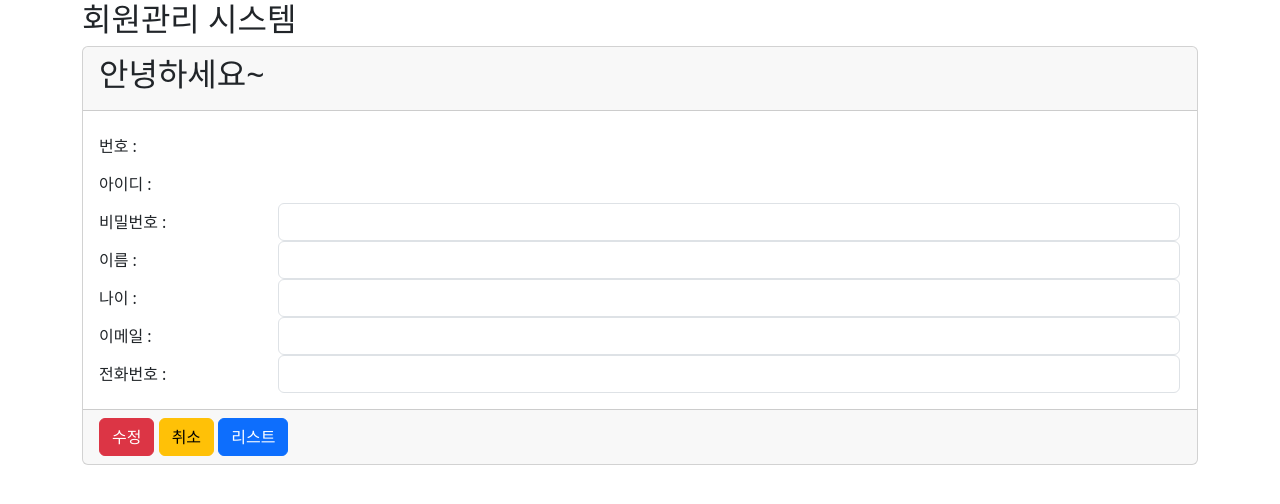
Repository: jungwoonAn/web_ex
Page: http://localhost/MVC06/WEB-INF/member/memberContent.jsp
An editor plug-in stored every save of this project. The page is shown before and after the next save, followed by the edit.
The browser window is 1280 px wide. The pictures show the whole page.
The page is served by Tomcat 9. Nobody is signed in. The template is opened directly, without the code that normally fills it, so the values that code supplies are empty.

Above is the page before, as saved 2024-09-08 07:59:03.

After the next save:
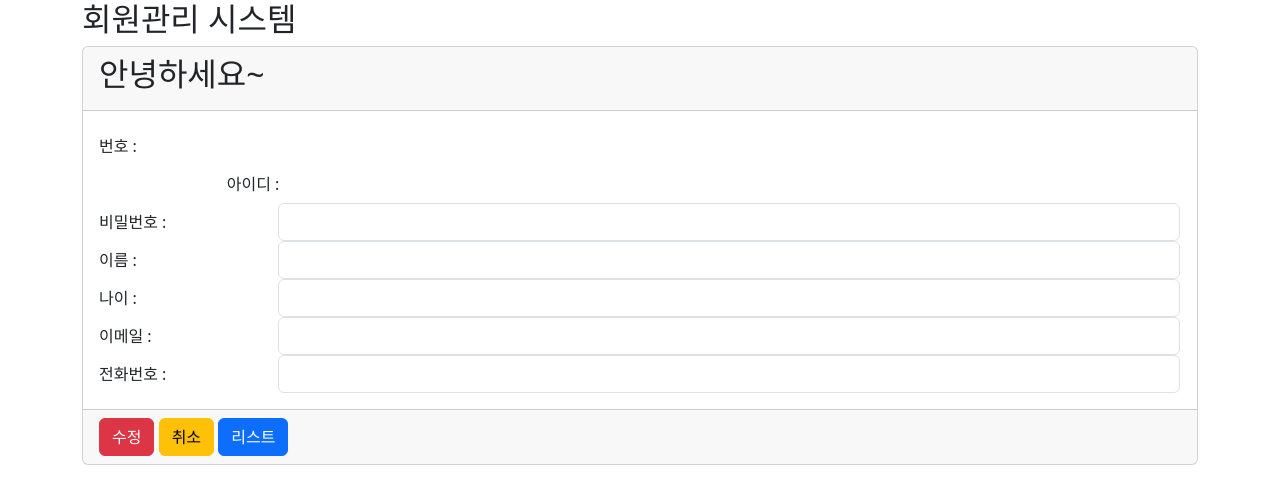
Saved 2 min 31 s later.
--- a/MVC06/src/main/webapp/WEB-INF/member/memberContent.jsp
+++ b/MVC06/src/main/webapp/WEB-INF/member/memberContent.jsp
@@ -38,7 +38,7 @@
 	          </div>
 	        </div>
 	        <div class="input-group">
-	          <label class="col-form-label col-sm-2">아이디 : </label>
+	          <label class="col-form-label col-sm-2 text-end">아이디 : </label>
 	          <div class="col-sm-10">
 	            <c:out value="${vo.id}" />
 	          </div>

After the save that followed:
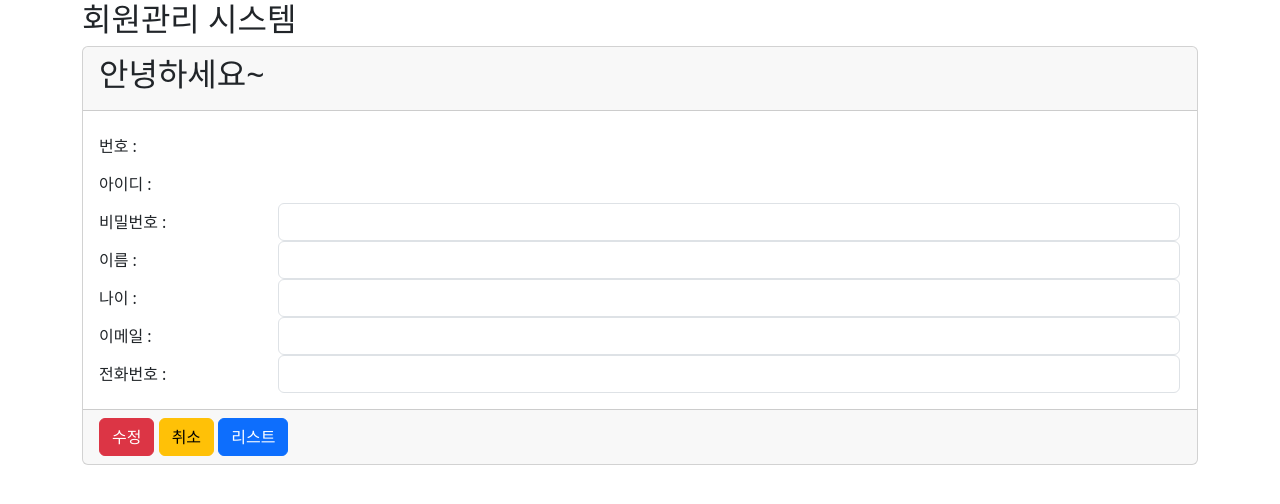
Saved 12 s later.
--- a/MVC06/src/main/webapp/WEB-INF/member/memberContent.jsp
+++ b/MVC06/src/main/webapp/WEB-INF/member/memberContent.jsp
@@ -38,7 +38,7 @@
 	          </div>
 	        </div>
 	        <div class="input-group">
-	          <label class="col-form-label col-sm-2 text-end">아이디 : </label>
+	          <label class="col-form-label col-sm-2">아이디 : </label>
 	          <div class="col-sm-10">
 	            <c:out value="${vo.id}" />
 	          </div>
